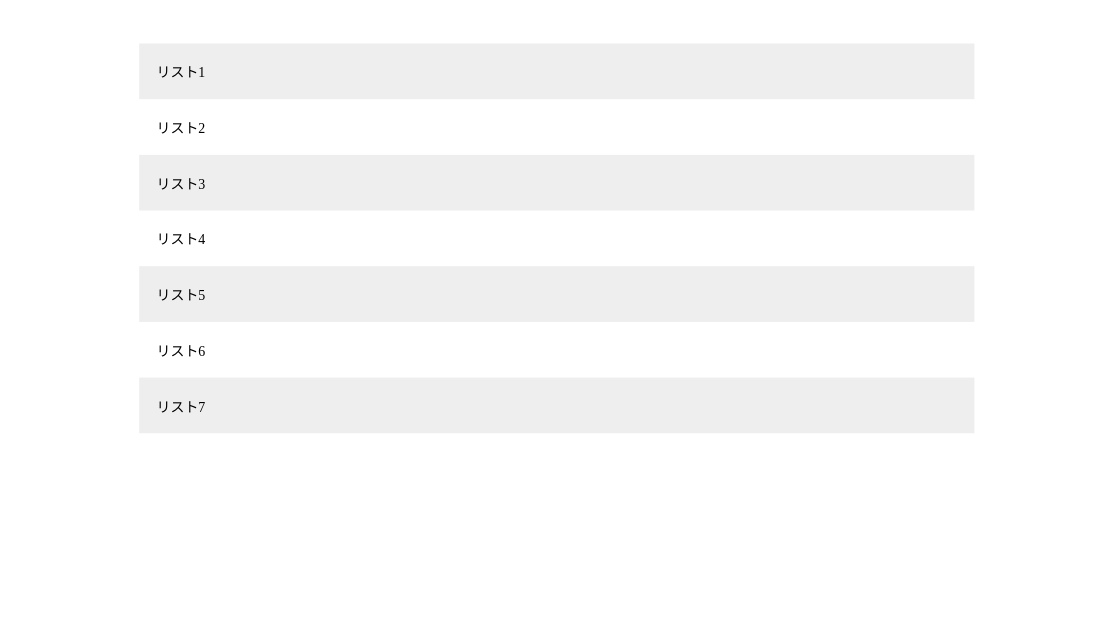
Repository: cyaomasa/java-
Page: chapter8/index8.html
The author's editor kept a record of every edit. The page is drawn from the files as they stood at one moment, then again after the next edit.
The browser window is 1280 px wide. The pictures show the whole page, at 87% of full size.

Above is the page before.

After the next edit:
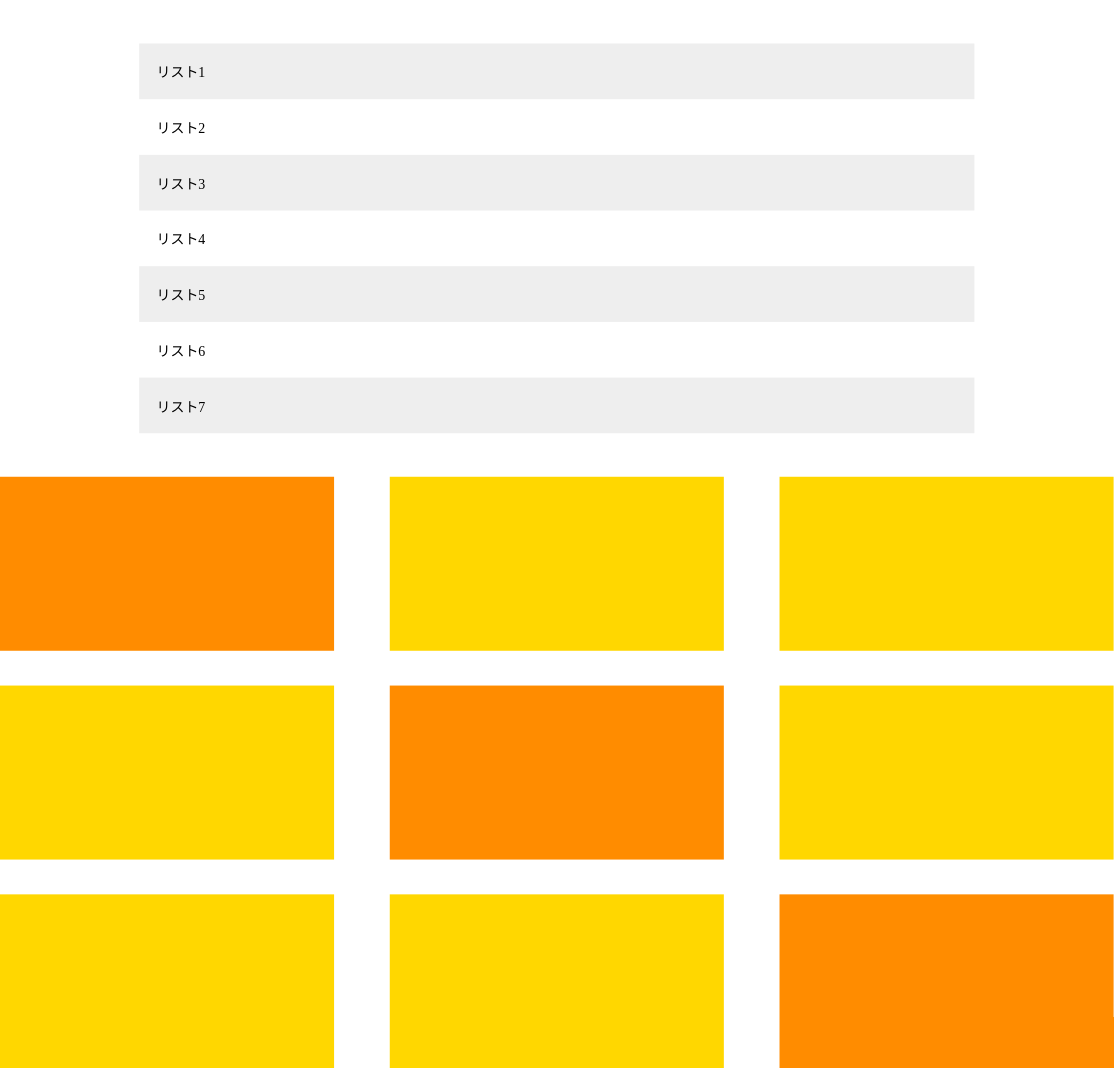
The edit:
--- a/chapter8/index8.html
+++ b/chapter8/index8.html
@@ -17,8 +17,15 @@
     </div>
 
     <div class="box-list">
-      <div class="box1"></div>
-
+      <div class="box"></div>
+      <div class="box"></div>
+      <div class="box"></div>
+      <div class="box"></div>
+      <div class="box"></div>
+      <div class="box"></div>
+      <div class="box"></div>
+      <div class="box"></div>
+      <div class="box"></div>
     </div>
   </body>
 </html>

After the edit that followed:
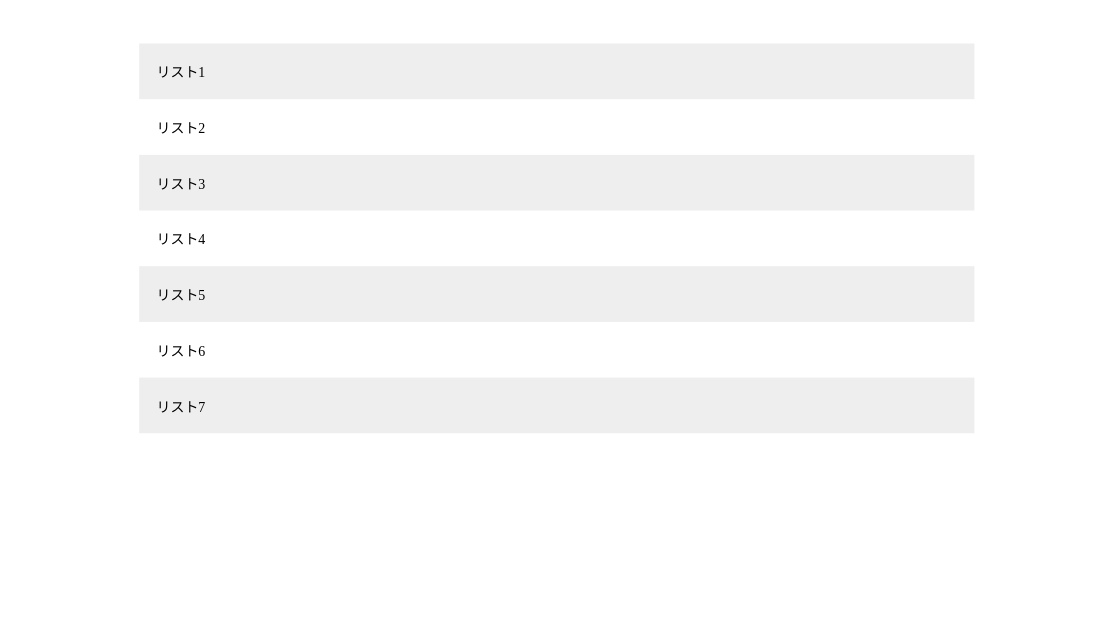
The edit:
--- a/chapter8/index8.html
+++ b/chapter8/index8.html
@@ -17,15 +17,15 @@
     </div>
 
     <div class="box-list">
-      <div class="box"></div>
-      <div class="box"></div>
-      <div class="box"></div>
-      <div class="box"></div>
-      <div class="box"></div>
-      <div class="box"></div>
-      <div class="box"></div>
-      <div class="box"></div>
-      <div class="box"></div>
+      <div class="box1"></div>
+      <div class="box2"></div>
+      <div class="box3"></div>
+      <div class="box4"></div>
+      <div class="box5"></div>
+      <div class="box6"></div>
+      <div class="box7"></div>
+      <div class="box8"></div>
+      <div class="box9"></div>
     </div>
   </body>
 </html>
